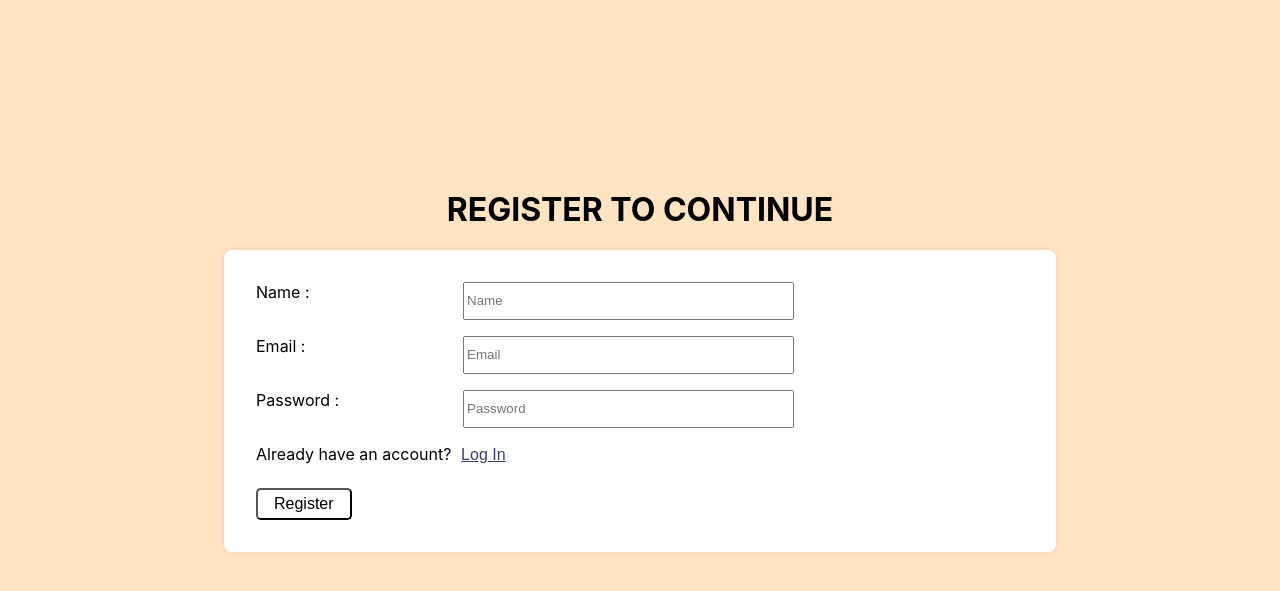
Repository: drumsmanku/test-1
Page: /register (app in client/)
These files come from the project's save history. The page is drawn as it stood at one moment and after the next save; the edit follows.
The browser window is 1280 px wide. The pictures show the whole page.
The project was rebuilt for these pictures with package versions that can differ from the ones it lists, and the page was loaded fresh each time. Also part of the build but not shown: client/src/App.css, client/src/Components/Login/Login.module.css, client/src/Components/Login/Login.js.

Above is the page before, as saved 2023-08-31 11:10:09.

### client/src/App.js
import './App.css';
import {BrowserRouter as Router, Route, Routes} from 'react-router-dom';
import Login from './Components/Login/Login';
import Register from './Components/Register/Register';

function App() {
  return (
    <div className="App">
      <Router>
        <Routes>
          <Route path='/' element={<Login/>}/>
          <Route path='/register' element={<Register/>}/>
        </Routes>
      </Router>
    </div>
  );
}

export default App;

### client/src/Components/Register/Register.js
import React from 'react';
import styles from './Register.module.css';
import { useState } from 'react';
import { useNavigate } from 'react-router-dom';
import axios from 'axios';


function Register() {
  const navigate = useNavigate();
  const [check, setCheck]=useState(true)
  const [user, setUser]=useState({
    name:'',
    email:'',
    password:'',
  });
  const handleChange =(event)=>{
    setUser({
      ...user,
      [event.target.name]:event.target.value
    });
  };
  const register=(event)=>{
    event.preventDefault();
    axios.post('http://localhost:4000/register', user)
    .then(res=>{
      localStorage.setItem('token', res.data.token);
      localStorage.setItem('user', res.data.name);
      const tokenData=localStorage.getItem('token');
      if(tokenData!=='undefined'){
        setCheck(true);
        navigate('/recording')
      }
      else{
        setCheck(false);
      }
    })
  }
  return (
    <div className={styles.container}>
      <h1>REGISTER TO CONTINUE</h1>
      <div className={styles.registerContainer}>
        <form style={{ width:'100%', display:'flex', flexDirection:'column'}}>

            <div style={{marginBottom:'1rem', width:'70%', display:'flex', justifyContent:'space-between'}}>
              <label htmlFor="name">Name :</label>
              <input type="text" name='name' value={user.name} onChange={handleChange}  placeholder='Name' style={{width:'60%',marginLeft:'2rem' }} />
            </div>

            <div style={{marginBottom:'1rem', width:'70%', display:'flex', justifyContent:'space-between'}}>
              <label htmlFor="email">Email :</label>
              <input type="email" name='email' value={user.email} onChange={handleChange}  placeholder='Email' style={{width:'60%',marginLeft:'2rem' }} />
            </div>

            <div style={{marginBottom:'1rem', width:'70%', display:'flex', justifyContent:'space-between'}}>
              <label htmlFor="password">Password :</label>
              <input type="password" name='password' value={user.password} onChange={handleChange}  placeholder='Password' style={{width:'60%',marginLeft:'2rem' }} />
            </div>

            <span style={{marginBottom:'1.5rem'}}>Already have an account?<button style={{background:'none', color:'#36416A', fontSize:'medium', marginLeft:0, padding:0, width:'4rem', cursor:'pointer', border:'none', textDecoration:'underline'}} onClick={()=>{navigate('/')}}>Log In</button> </span>

            <div>
              <button className={styles.button} onClick={register} type='submit'> Register</button>
            </div>
            {
              !check && (<p>Account already exist, Please login</p>)
            }
        </form>

      </div>
    </div>
  )
}

export default Register

### client/src/Components/Register/Register.module.css
.container{
  background-color: bisque;
  height: 100vh;
  width: 100%;
  display: flex;
  align-items: center;
  justify-content: center;
  flex-direction: column;
}
.registerContainer{
  width: 60%;
  display: flex;
  background-color: white;
  box-shadow: 0 0 0.4rem 	rgb(0,0,0, 0.1);
  border-radius: 0.5rem;
  padding: 2rem;
  justify-content: center;

}
.button{
  background: none;
  border-radius: 0.3rem;
  height: 2rem;
  padding:0 1rem 0 1rem;
  font-size: medium;
  cursor: pointer;
}
input{
  height: 2rem;
}

Loaded but not shown: client/public/index.html (common file); client/src/index.js (common file); client/src/index.css (common file)

After the next save:
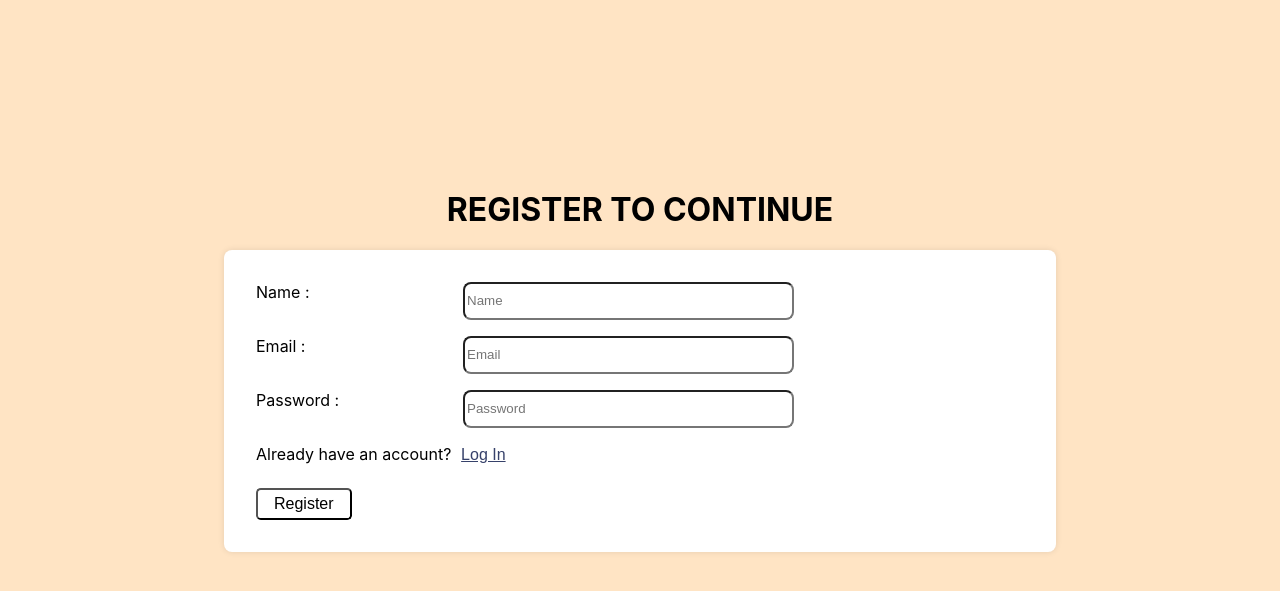
Saved 18 s later.
--- a/client/src/Components/Register/Register.module.css
+++ b/client/src/Components/Register/Register.module.css
@@ -27,4 +27,5 @@
 }
 input{
   height: 2rem;
+  border-radius: 0.5rem;
 }
